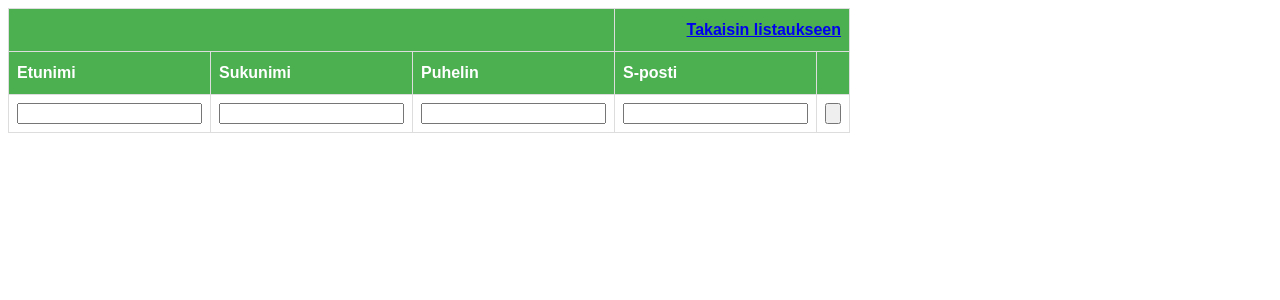
Repository: Lateh13/Asiakkaat
Page: http://localhost/Asiakkaat/lisaaasiakas.jsp
These files come from the project's save history. The page is drawn as it stood at one moment and after the next save; the edit follows.
The browser window is 1280 px wide. The pictures show the whole page.
The page is served by Tomcat 9.

Above is the page before, as saved 2020-05-16 20:26:17.

After the next save:
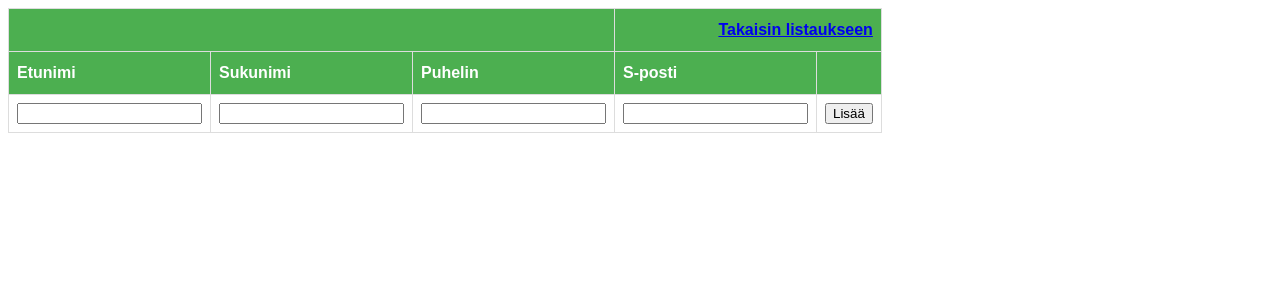
Saved 76 s later.
--- a/Asiakkaat/WebContent/lisaaasiakas.jsp
+++ b/Asiakkaat/WebContent/lisaaasiakas.jsp
@@ -30,7 +30,7 @@
 				<td><input type="text" name="sukunimi" id="sukunimi"></td>
 				<td><input type="text" name="puhelin" id="puhelin"></td>
 				<td><input type="text" name="sposti" id="sposti"></td>
-				<td><input type="button" name="tallenna" id="Lisää" onclick="lisaaAsiakat()"></td>
+				<td><input type="button" name="tallenna" id="tallenna" value="Lisää" onclick="lisaaAsiakat()"></td>
 			</tr>
 		</tbody>
 	</table>
